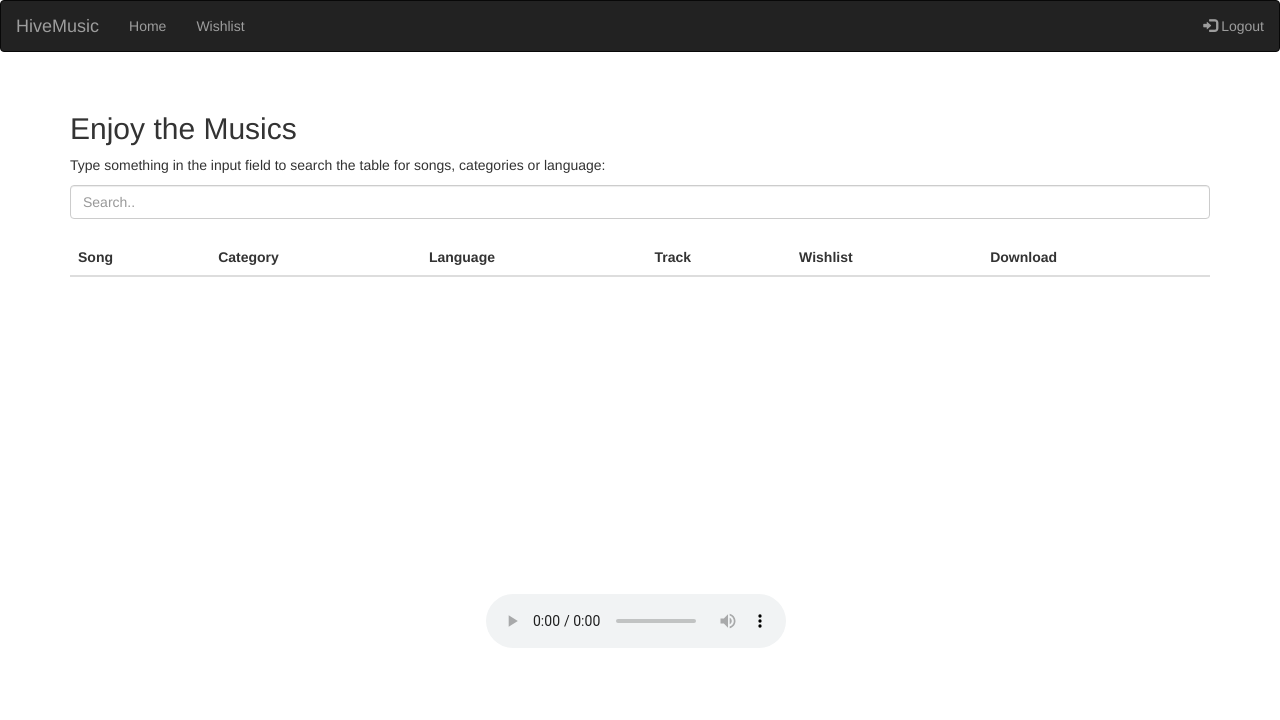
Repository: Zeocode/Online_Music_Platform
Page: http://localhost/Project1/getmusicUController
These files come from the project's save history. The page is drawn as it stood at one moment and after the next save; the edit follows.
The browser window is 1280 px wide. The pictures show the whole page.
The page is served by Tomcat 9. Other server files are loaded and not shown. Queries for data that is not in the repository find no rows.

Above is the page before, as saved 2020-08-31 20:36:02.

### Project1/src/main/webapp/musicUDatabase.jsp
<%@ page language="java" contentType="text/html; charset=UTF-8"
    pageEncoding="UTF-8"%>
<%@ page import="java.sql.*" %>
<%
	ResultSet rs = (ResultSet)request.getAttribute("table");
%>
<!DOCTYPE html>
<html>
<head>
<meta charset="UTF-8">
<title>Database</title>
<meta name="viewport" content="width=device-width, initial-scale=1">
  <link rel="stylesheet" href="https://maxcdn.bootstrapcdn.com/bootstrap/3.4.1/css/bootstrap.min.css">
  <script src="https://ajax.googleapis.com/ajax/libs/jquery/3.5.1/jquery.min.js"></script>
  <script src="https://maxcdn.bootstrapcdn.com/bootstrap/3.4.1/js/bootstrap.min.js"></script>
  <style>
	#player{
		position:fixed;
		bottom:10%;
		left:38%;
}

  </style>
</head>
<body>
<nav class="navbar navbar-inverse">
  <div class="container-fluid">
    <div class="navbar-header">
      <button type="button" class="navbar-toggle" data-toggle="collapse" data-target="#myNavbar">
        <span class="icon-bar"></span>
        <span class="icon-bar"></span>
        <span class="icon-bar"></span>
      </button>

      <a class="navbar-brand" href="#">HiveMusic</a>

    </div>
      <ul class="nav navbar-nav">
        <li><a href="getmusicUController">Home</a></li>
        <li><a href="">Wishlist</a></li>
      </ul>
      <ul class="nav navbar-nav navbar-right">
        <li><a href="logout.jsp"><span class="glyphicon glyphicon-log-in"></span> Logout</a></li>
      </ul>
    </div>

</nav>
 <div class="container">
  <br>
  <h2>Enjoy the Musics</h2>
  <p>Type something in the input field to search the table for songs, categories or language:</p>
  <input class="form-control" id="myInput" type="text" placeholder="Search..">
  <br>
  <table class="table table-hover">
    <thead>
      <tr>
        <th>Song</th>
        <th>Category</th>
        <th>Language</th>
        <th>Track</th>
        <th>Wishlist</th>
        <th>Download</th>
      </tr>
    </thead>

    <tbody id="myTable">
    <%while(rs.next()) {
    %>
      <tr id="<%=rs.getString("id")%>" class="trowz" >
        <td><%=rs.getString("music_name") %></td>
        <td><%=rs.getString("category") %></td>
        <td><%=rs.getString("language") %></td>
        <td><button  class="btn btn-primary play" data-path="<%=rs.getString("path")%>" >Play</button> </td>
        <td>
        	<button  class="btn btn-primary wish" >Add</button>
        </td>
        <td>
        </td>
      </tr>
      <%} %>
    </tbody>
  </table>
  </div>
  <div id="aud">
  <audio controls id="player">
  			<source src="" type="audio/mpeg">
  </audio>
  </div>
  <script>
	$(document).ready(function(){
  	$("#myInput").on("keyup", function() {
    var value = $(this).val().toLowerCase();
    $("#myTable tr").filter(function() {
     $(this).toggle($(this).text().toLowerCase().indexOf(value) > -1)
    		});
  		});
	});

	$(document).ready(function(){
	  	$(".wish").click(function() {
	  	    if ($(this).text() == "Add") {
	  	        $(this).text("Remove");
	  	    } else {
	  	        $(this).text("Add");
	  	    };

			});
	});
	$(document).ready(function(){
	  	$(".play").click(function(){
		  	if($(this).text()=="Play")
			  	{
			  	$(".play").text("Play");
				$(this).text("Stop");
				var path = $(this).attr("data-path");
				$("#player").attr("src",path);
				$("#player").attr("autoplay","true");
				$("#player").load();
			  	}
		  	else
			  	{
		  		$("#player").attr("src","");
		  		$(this).text("Play");
			  	}
			});
	});
	</script>
	<!-- });
	$(document).ready(function(){
  	$(".wish").click(function() {
  	    if ($(this).text() == "Add") {
  	        $(this).text("Remove");
  	    } else {
  	        $(this).text("Add");
  	    };

	  	  });-->
  	<!--$('.icon-wishlist').on('click', function(){
  	  $(this).toggleClass('in-wishlist');
  	});-->

	<!--$(document).ready(function(){
  	$(".play").click(function(){
		$(this).text("Stop");
		});
	});-->

</body>
</html>

### Project1/src/com/Dutta/web/musicUController.java
package com.Dutta.web;

import java.io.IOException;
import java.sql.*;

import javax.servlet.RequestDispatcher;
import javax.servlet.ServletException;
import javax.servlet.http.HttpServlet;
import javax.servlet.http.HttpServletRequest;
import javax.servlet.http.HttpServletResponse;

import com.Dutta.web.dao.musicDAO;

/**
 * Servlet implementation class musicUController
 */
public class musicUController extends HttpServlet {
	private static final long serialVersionUID = 1L;

    /**
     * @see HttpServlet#HttpServlet()
     */
    public musicUController() {
        super();
        // TODO Auto-generated constructor stub
    }

	/**
	 * @see HttpServlet#doGet(HttpServletRequest request, HttpServletResponse response)
	 */
	protected void doGet(HttpServletRequest request, HttpServletResponse response) throws ServletException, IOException {
		// TODO Auto-generated method stub
		//response.getWriter().append("Served at: ").append(request.getContextPath());
		musicDAO dao = new musicDAO();
		ResultSet rs = dao.data();
		request.setAttribute("table", rs);
		RequestDispatcher rd = request.getRequestDispatcher("musicUDatabase.jsp");
		rd.forward(request, response);
	}

	/**
	 * @see HttpServlet#doPost(HttpServletRequest request, HttpServletResponse response)
	 */
	protected void doPost(HttpServletRequest request, HttpServletResponse response) throws ServletException, IOException {
		// TODO Auto-generated method stub
		doGet(request, response);
	}

}

### Project1/src/com/Dutta/web/dao/musicDAO.java
package com.Dutta.web.dao;

import java.sql.Connection;
import java.sql.DriverManager;
import java.sql.ResultSet;
import java.sql.Statement;
import com.Dutta.web.models.music;

public class musicDAO {
	public ResultSet data()
	{
		ResultSet rs;
		try
		{
			Class.forName("com.mysql.jdbc.Driver");
			Connection con = DriverManager.getConnection("jdbc:mysql://localhost:3306/details",
		            "root", "");


			Statement st = con.createStatement();
			rs=st.executeQuery("Select *from MUSIC");
			return(rs);
		}
		catch(Exception e)
		{
			System.out.println("Exception:"+e);
		}
		return(null);
	}
	public void addMusic(music obj)
	{

		try {
			Class.forName("com.mysql.jdbc.Driver");
			Connection con = DriverManager.getConnection("jdbc:mysql://localhost:3306/details","root", "");
			Statement st = con.createStatement();
			String SQL = "INSERT INTO MUSIC(music_name,category,language,path) VALUES('"+obj.getSongname()+"','"+obj.getCat()+"','"+obj.getLang()+"','"+obj.getPath()+"')";
			st.executeUpdate(SQL);
		}
		catch(Exception e) {
		   System.out.println("Error: unable to load driver class!"+e);
		   System.exit(1);
		}
	}
	public void delMusic(music obj)
	{
		try {
			Class.forName("com.mysql.jdbc.Driver");
			Connection con = DriverManager.getConnection("jdbc:mysql://localhost:3306/details","root", "");
			Statement st = con.createStatement();
			String SQL="delete from MUSIC where id='" + obj.getId() + "'";
			st.executeUpdate(SQL);
		}
		catch(Exception e) {
		   System.out.println("Error: unable to load driver class!"+e);
		   System.exit(1);
		}
	}




}

After the next save:
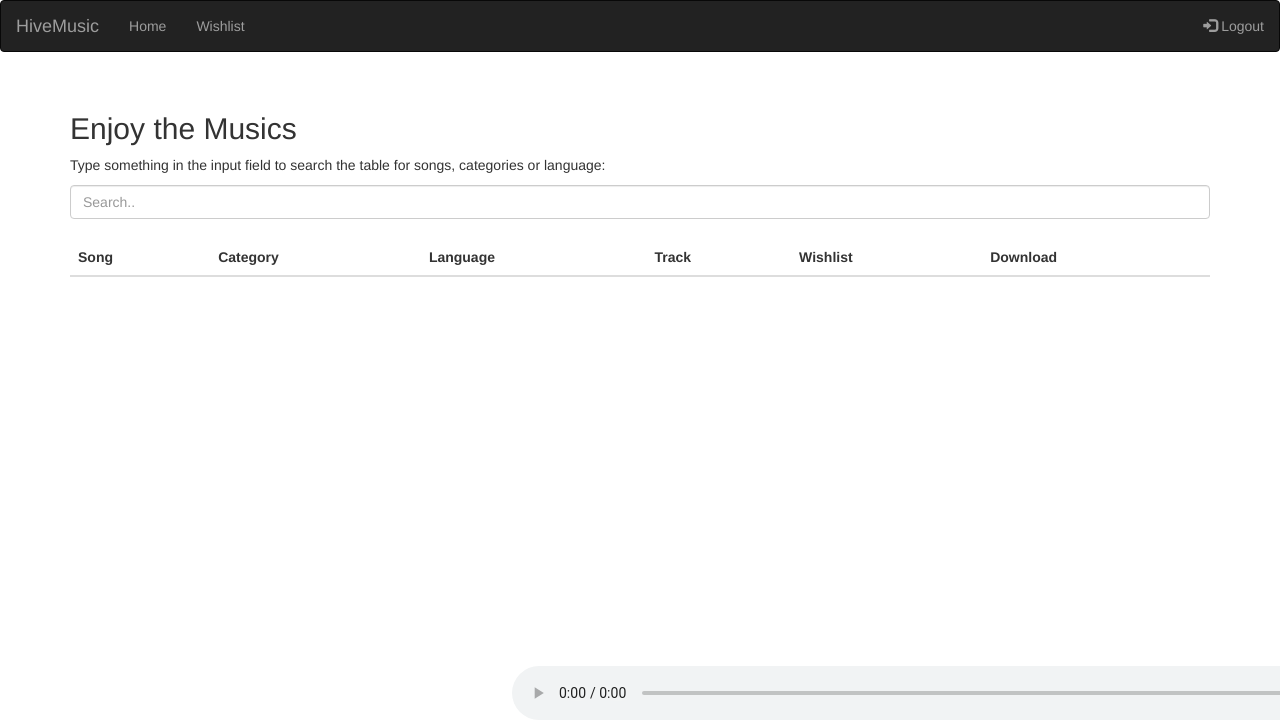
Saved 37 s later.
--- a/Project1/src/main/webapp/musicUDatabase.jsp
+++ b/Project1/src/main/webapp/musicUDatabase.jsp
@@ -16,8 +16,9 @@
   <style>
 	#player{
 		position:fixed;
-		bottom:10%;
-		left:38%;
+		bottom:0%;
+		left:40%;
+		width:100%;
 }
 
   </style>
